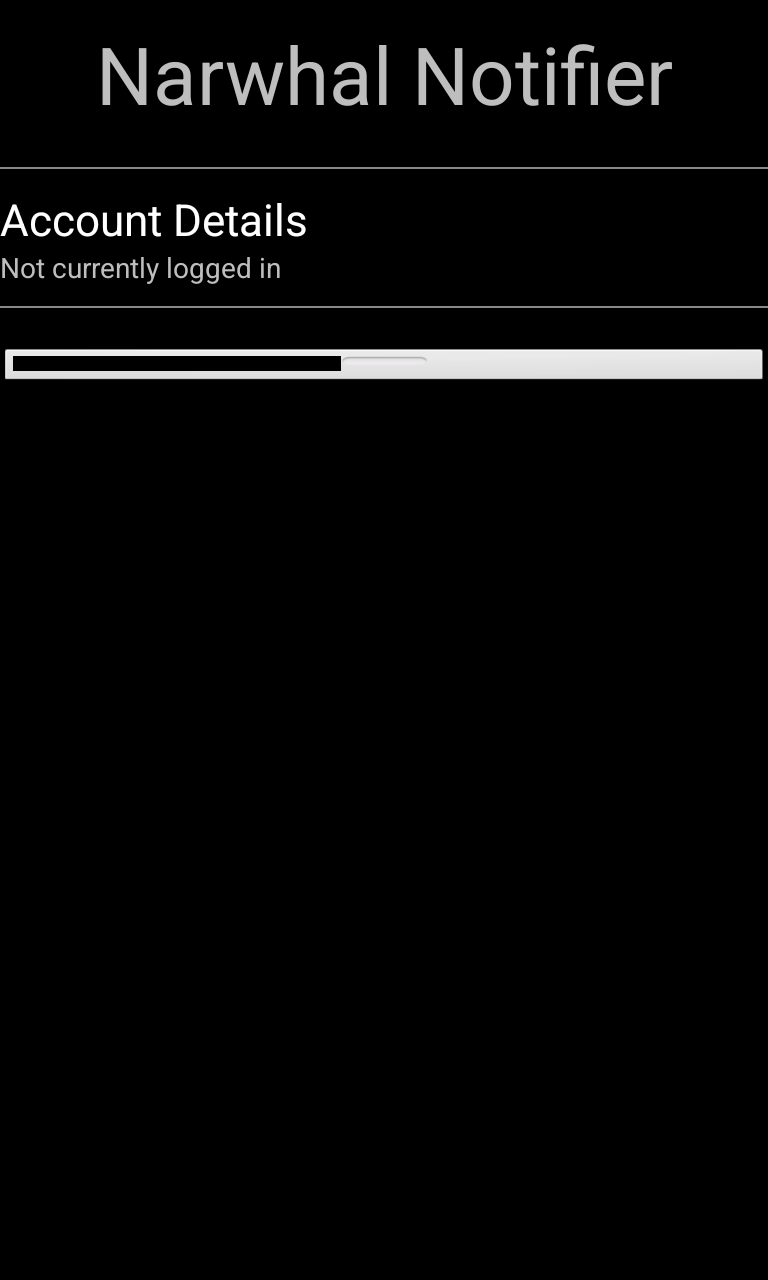
Repository: shawnbuso/NarwhalNotifier
Layout: Narwhal Notifier/res/layout/main.xml
These files come from the project's save history. The layout is drawn as it stood at one moment and after the next save; the edit follows.
It is drawn on a 768 x 1280 px phone screen (xhdpi) without system bars, with theme android:Theme; the app's code is not run.

Above is the layout before, as saved 2012-01-11 18:37:24.

After the next save:
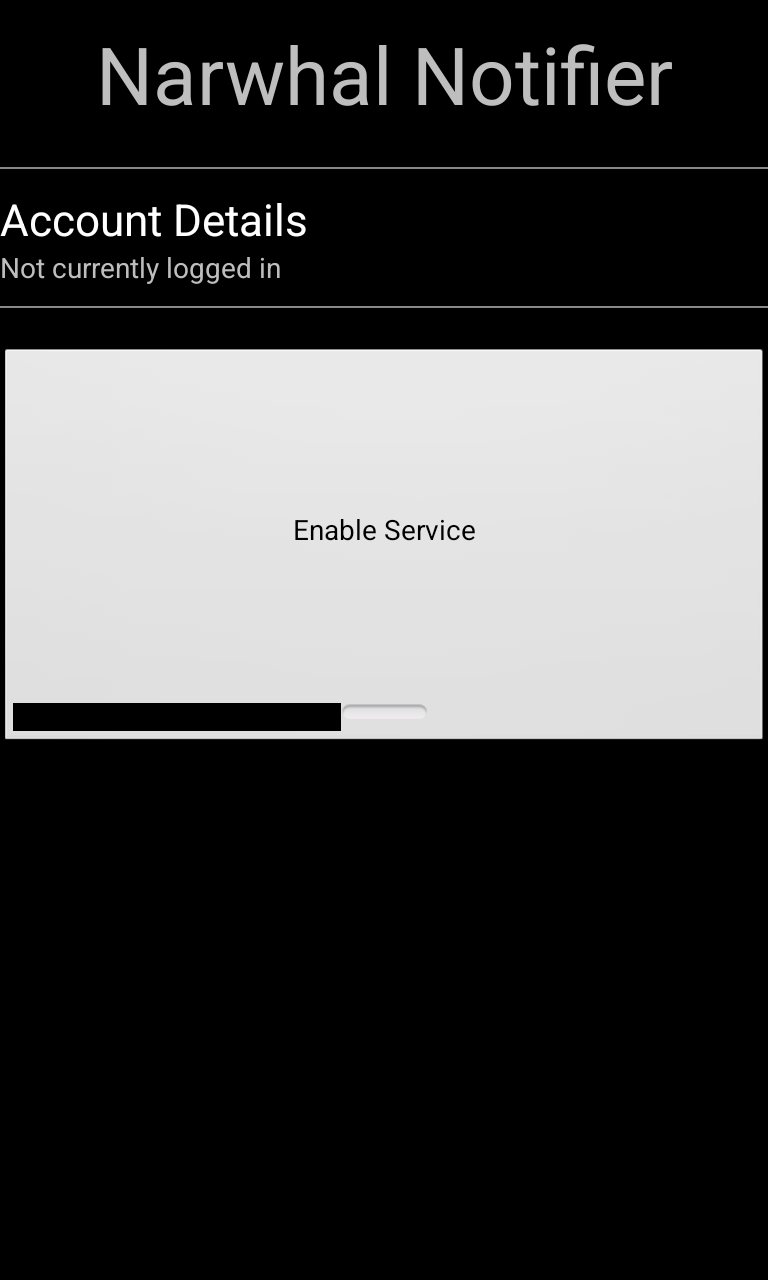
Saved 5 s later.
--- a/Narwhal Notifier/res/layout/main.xml
+++ b/Narwhal Notifier/res/layout/main.xml
@@ -41,7 +41,7 @@
     <ToggleButton
         android:id="@+id/serviceToggle"
         android:layout_width="fill_parent"
-        android:layout_height="20dp"
+        android:layout_height="200dp"
         android:textOff="Enable Service"
         android:textOn="Disable Service"
 		android:layout_marginTop="10dp"
